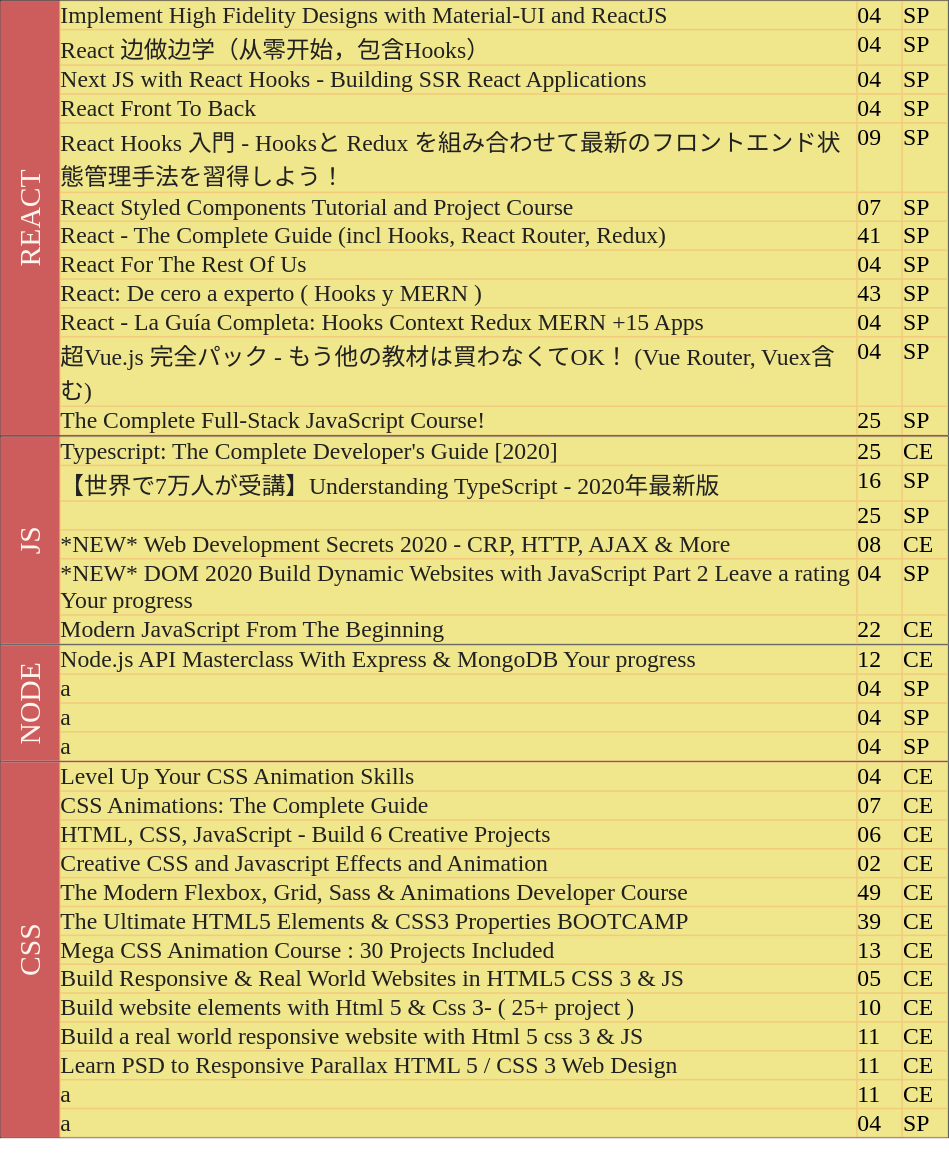
Repository: ClementLight/plan
Page: codicrs.html
The author's editor kept a copy of each file at every save. The page is drawn from the files as they stood at one save, then again after the next save.
The browser window is 1280 px wide. The page is 1282 px wide, so the pictures cover 1282 px, including what lies to the right of the window. The pictures show the whole page, at 74% of full size.

Above is the page before, as saved 2020-08-21 15:38:54.

After the next save:
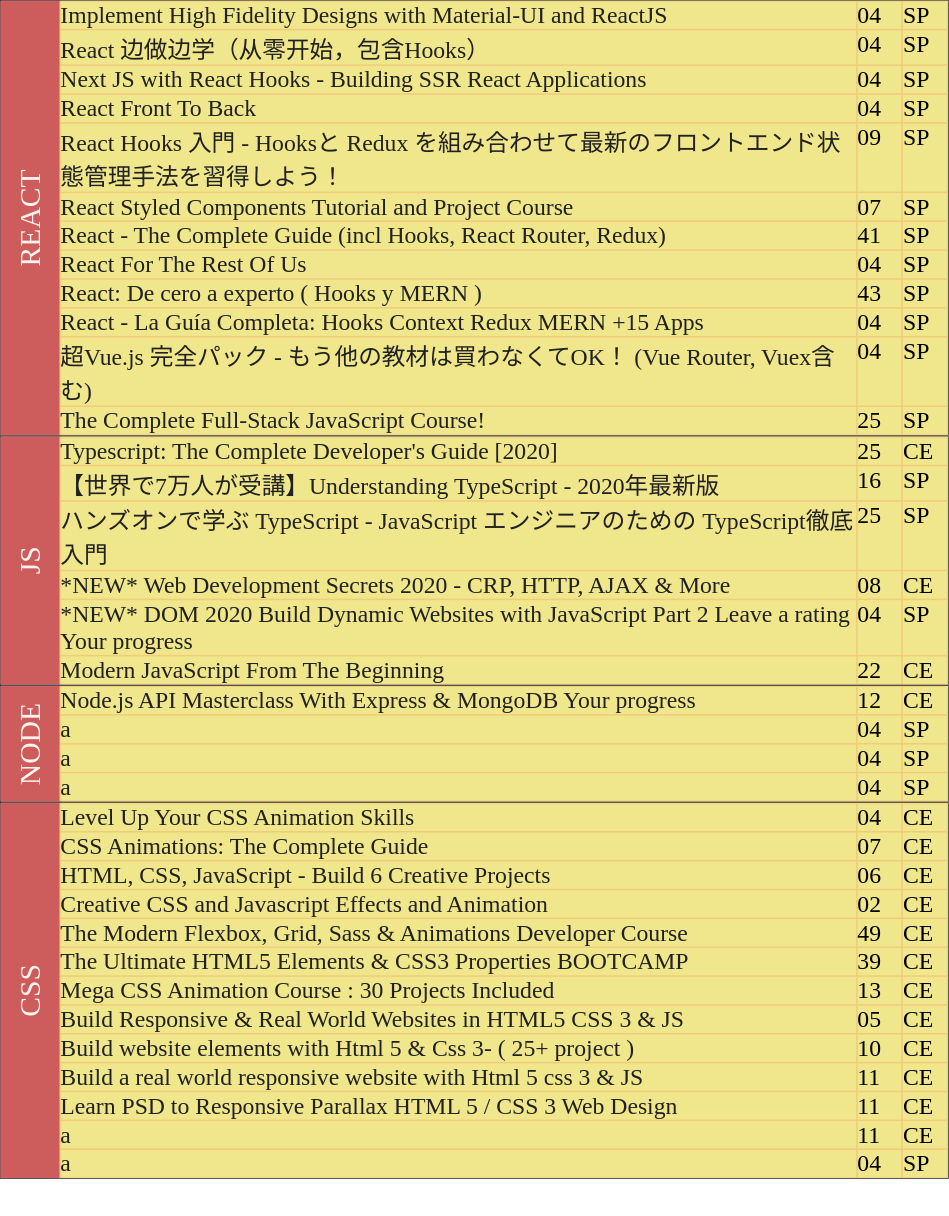
Saved 21 s later.
--- a/codicrs.html
+++ b/codicrs.html
@@ -166,7 +166,7 @@
           <span class="account">SP</span>
         </div>
         <div class="lesson">
-          <a class="lessonname" href=""></a>
+          <a class="lessonname" href="">ハンズオンで学ぶ TypeScript - JavaScript エンジニアのための TypeScript徹底入門</a>
           <span class="hours">25</span>
           <span class="account">SP</span>
         </div>
